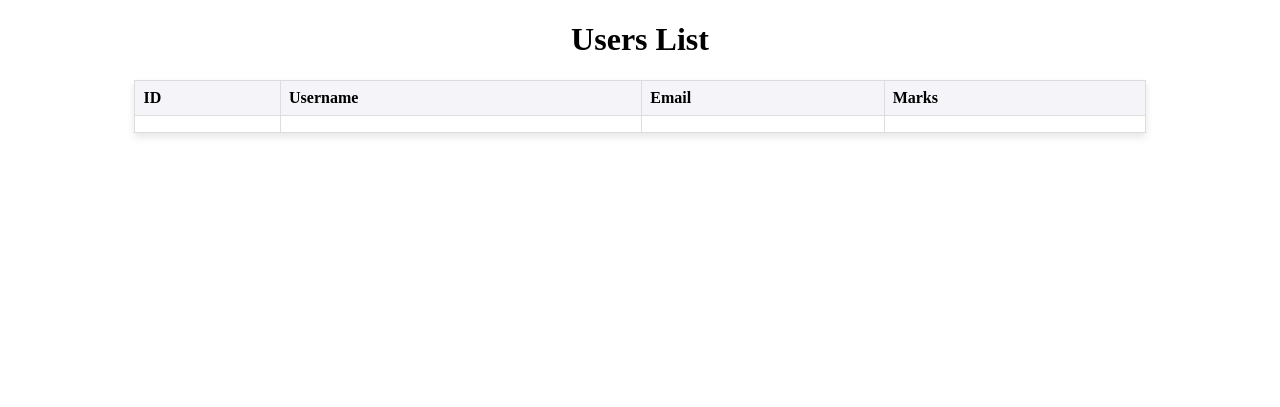
Repository: chetanchavan30/Optifyx
Page: http://localhost/OnlineExaminationSystem/view.jsp
The author's editor kept a copy of each file at every save. The page is drawn from the files as they stood at one save, then again after the next save.
The browser window is 1280 px wide. The pictures show the whole page.
The page is served by Tomcat 10.

Above is the page before, as saved 2025-01-25 19:05:22.

After the next save:
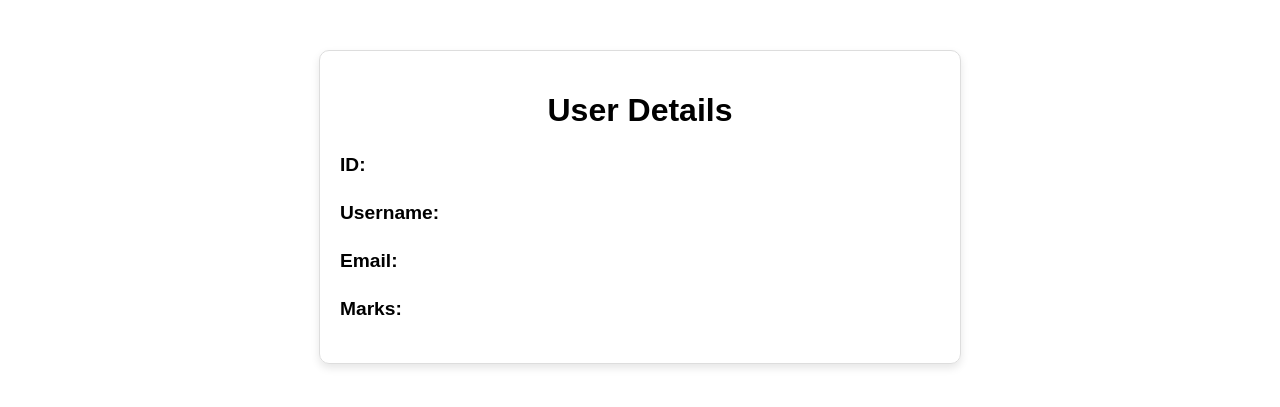
Saved 5 min 20 s later.
--- a/OnlineExaminationSystem/src/main/webapp/view.jsp
+++ b/OnlineExaminationSystem/src/main/webapp/view.jsp
@@ -3,48 +3,38 @@
 <head>
     <meta charset="UTF-8">
     <meta name="viewport" content="width=device-width, initial-scale=1.0">
-    <title>Users List</title>
+    <title>User Details</title>
     <style>
-        table {
-            width: 80%;
-            margin: 20px auto;
-            border-collapse: collapse;
+        .container {
+            max-width: 600px;
+            margin: 50px auto;
+            padding: 20px;
+            border: 1px solid #ddd;
+            border-radius: 10px;
             box-shadow: 0 4px 8px rgba(0, 0, 0, 0.1);
+            font-family: Arial, sans-serif;
         }
-        th, td {
-            border: 1px solid #ddd;
-            padding: 8px;
-            text-align: left;
+        .container h1 {
+            text-align: center;
         }
-        th {
-            background-color: #f4f4f9;
+        .user-details {
+            margin-top: 20px;
         }
-        tr:nth-child(even) {
-            background-color: #f9f9f9;
+        .user-details p {
+            font-size: 1.2rem;
+            line-height: 1.5;
         }
     </style>
 </head>
 <body>
-    <h1 style="text-align: center;">Users List</h1>
-    <table>
-        <thead>
-            <tr>
-                <th>ID</th>
-                <th>Username</th>
-                <th>Email</th>
-                <th>Marks</th>
-            </tr>
-        </thead>
-        <tbody>
-            <c:forEach var="user" items="${users}">
-                <tr>
-                    <td>${user.id}</td>
-                    <td>${user.username}</td>
-                    <td>${user.email}</td>
-                    <td>${user.marks}</td>
-                </tr>
-            </c:forEach>
-        </tbody>
-    </table>
+    <div class="container">
+        <h1>User Details</h1>
+        <div class="user-details">
+            <p><strong>ID:</strong> ${user.id}</p>
+            <p><strong>Username:</strong> ${user.username}</p>
+            <p><strong>Email:</strong> ${user.email}</p>
+            <p><strong>Marks:</strong> ${user.marks}</p>
+        </div>
+    </div>
 </body>
 </html>
